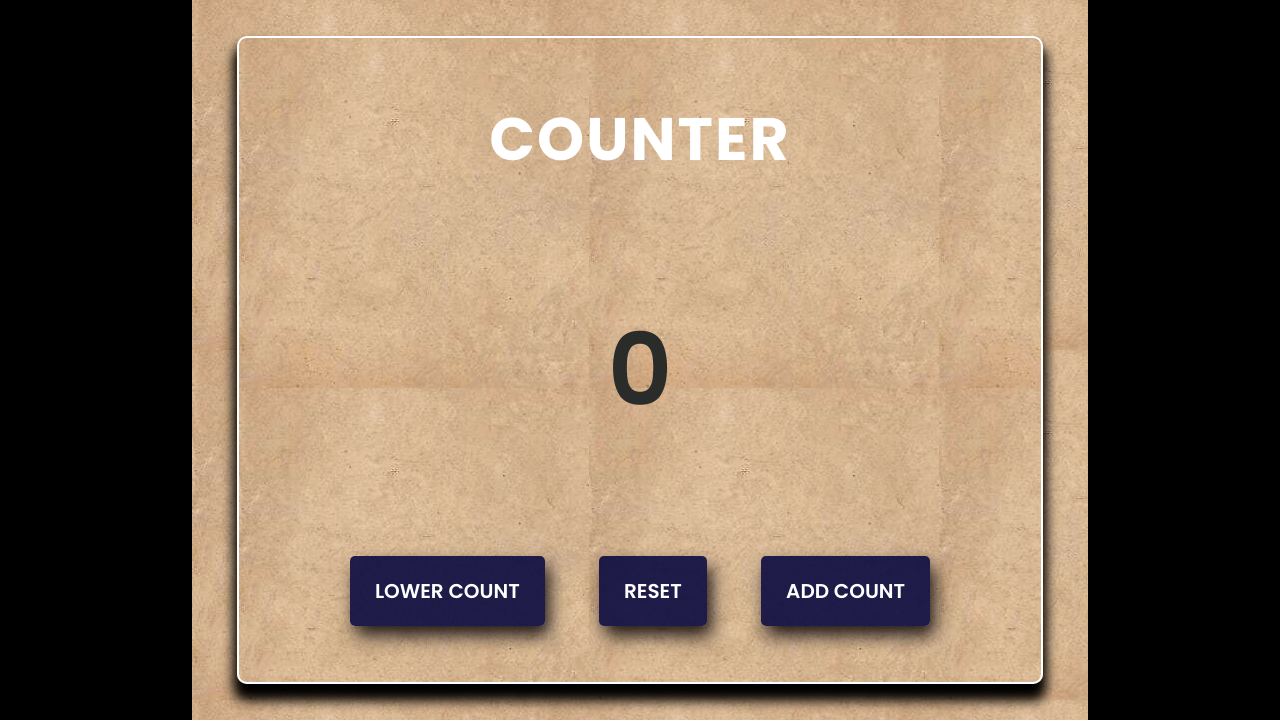
Repository: ArusyakAghajanyan/Counter
Page: index.html
The author's editor kept a copy of each file at every save. The page is drawn from the files as they stood at one save, then again after the next save.
The browser window is 1280 px wide. The pictures show the whole page.

Above is the page before, as saved 2022-02-14 22:34:16.

### index.html
<!DOCTYPE html>
<html lang="en">
  <head>
    <meta charset="UTF-8" />
    <meta http-equiv="X-UA-Compatible" content="IE=edge" />
    <meta name="viewport" content="width=device-width, initial-scale=1.0" />
    <link rel="stylesheet" href="./style.css" />
    <title>Counter</title>
  </head>
  <body>
    <div class="body">
        <div class="parent">
            <div class="main">
                <div class="countText">
                    <h1>COUNTER</h1>
                </div>
                <div class="number">
                    <p class="p" id="num">0</p>
                </div>
                <div class="options">
                    <button class="leftButton">LOWER COUNT</button>
                    <button class="centerButton">RESET</button>
                    <button class="rightButton">ADD COUNT</button>
                </div>
            </div>
        </div>
    </div>
    <script src="./script.js"></script>
  </body>
</html>

### style.css
@import url('https://fonts.googleapis.com/css2?family=Poppins:wght@200;300;400;500;600;700&display=swap');
* {
    margin: 0;
    padding: 0;
    box-sizing: border-box;
    font-family: 'Poppins', sans-serif;
}

.body {
    background-color: black;
    position: absolute;
    width: 100%;
    height: 100%;
    display: flex;
    align-items: center;
    justify-content: center;
}

.parent {
    background-image: url(./image/Caesar-Materica-Ocra-Grip-225x453-cm-AFU6-Casa39.jpg);
    position: relative;
    width: 70%;
    height: 100%;
    display: flex;
    align-items: center;
    justify-content: center;
}

.main {
    background-image: url(./image/Caesar-Materica-Ocra-Grip-225x453-cm-AFU6-Casa39.jpg);
    position: relative;
    width: 90%;
    height: 90%;
    display: flex;
    align-items: center;
    justify-content: center;
    flex-direction: column;
    border: 2px solid white;
    border-radius: 10px;
    box-shadow: 0px 13px 12px 4px;
    display: flex;
    flex-direction: column;
    justify-content: space-around;
}

.countText {
    display: flex;
    align-items: center;
    justify-content: center;
    letter-spacing: 2px;
    color: white;
    font-size: 30px;
}

.number {
    font-size: 100px;
    font-weight: 600;
    color: rgb(42, 44, 42);
}

.options button {
    background-color: rgba(7, 7, 63, 0.884);
    border-radius: 5px;
    color: white;
    font-size: 20px;
    font-weight: 600;
    cursor: pointer;
    border: none;
    padding: 20px 25px 20px 25px;
    box-shadow: 5px 10px 18px #1D1717;
}

.options button:hover,
.btn button:hover {
    transform: scale(0.96);
}

.options button.leftButton {
    margin-right: 50px;
}

.options button.rightButton {
    margin-left: 50px;
}

### script.js
const leftButton = document.querySelector(".leftButton");
const centerButton = document.querySelector(".centerButton");
const rightButton = document.querySelector(".rightButton");
const num = document.getElementById("num");

let i = 0;
leftButton.addEventListener("click", function minus() {
    i--;
    num.innerHTML = i;
});

rightButton.addEventListener("click", function pulus() {
    i++;
    num.innerHTML = i;
});

centerButton.addEventListener("click", function reset() {
    i = 0;
    num.innerHTML = i;
});

After the next save:
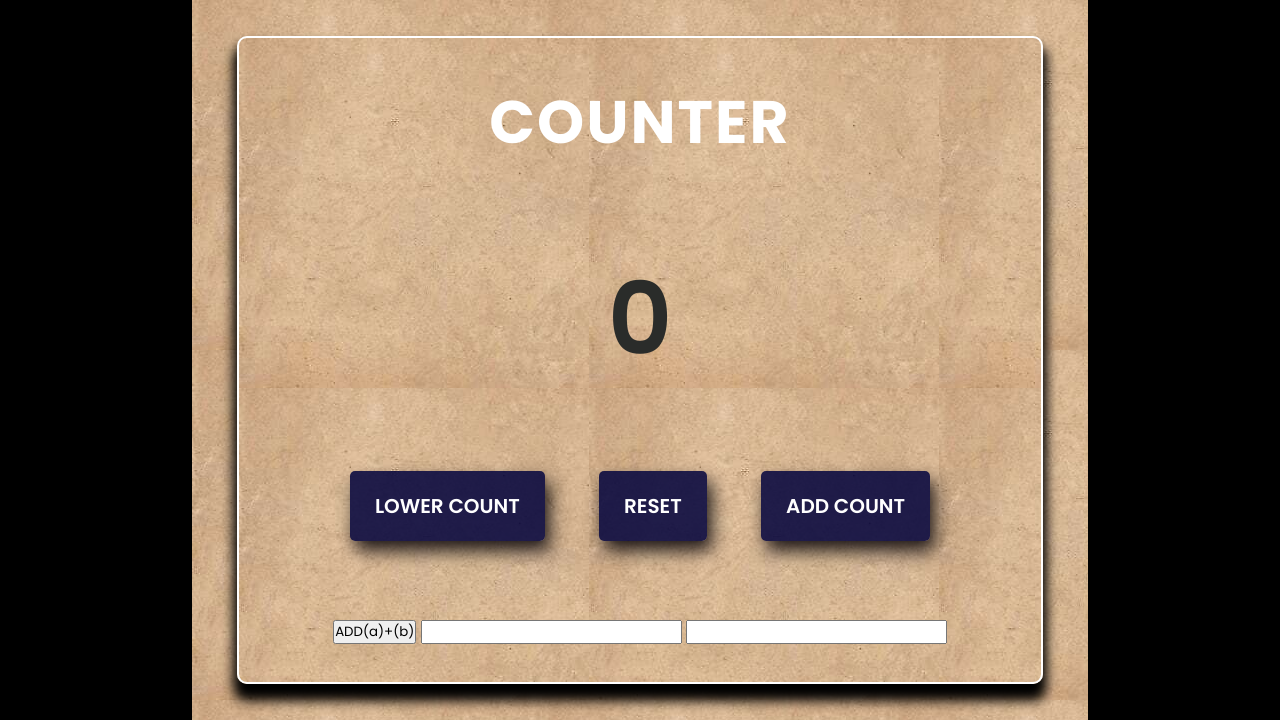
Saved 2 h 18 min later.
--- a/index.html
+++ b/index.html
@@ -15,12 +15,18 @@
                     <h1>COUNTER</h1>
                 </div>
                 <div class="number">
-                    <p class="p" id="num">0</p>
+                    <p id="num">0</p>
                 </div>
                 <div class="options">
                     <button class="leftButton">LOWER COUNT</button>
                     <button class="centerButton">RESET</button>
                     <button class="rightButton">ADD COUNT</button>
+                </div>
+                <div class="addABParent">
+                    <button class="addAB">ADD(a)+(b)</button>
+                    <input type="number" id="inputNum1"><span class="plyus"></span>
+                    <input type="number" id="inputNum2"><span class="equals"></span>
+                    <span id="valueOfSum"></span>
                 </div>
             </div>
         </div>
